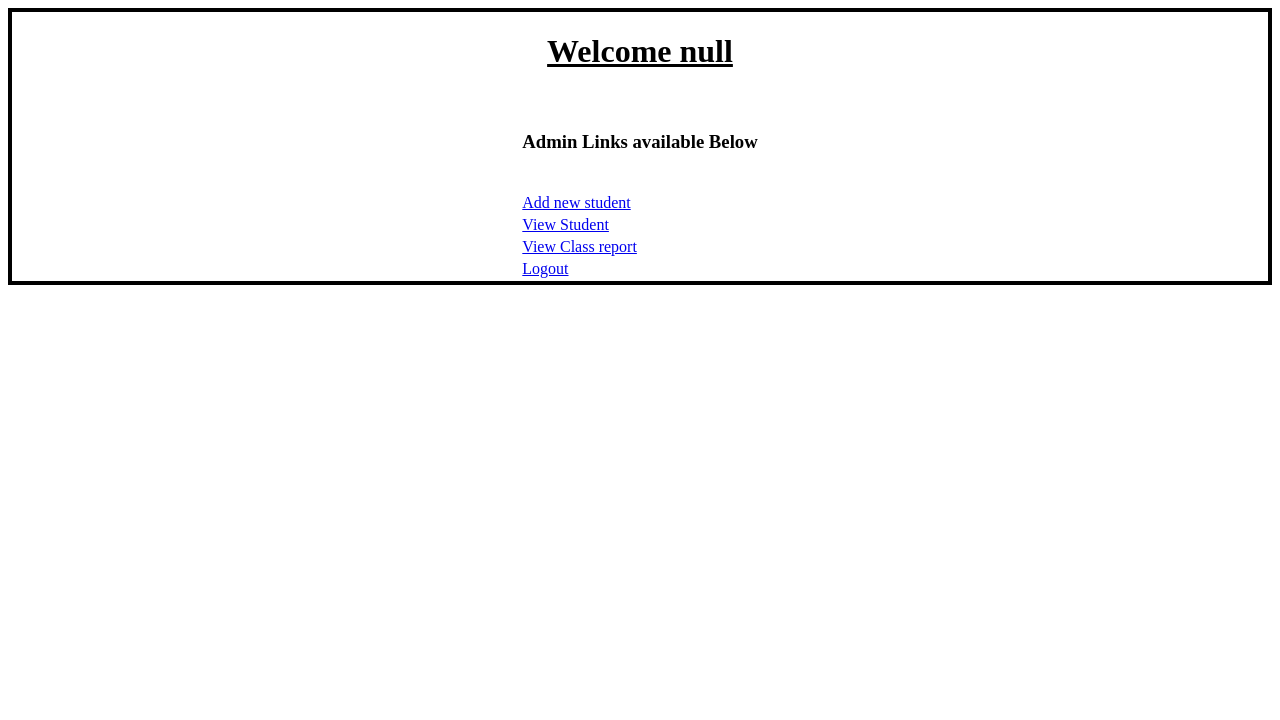
Repository: priyankagit8692/Phase_2_SimpliLearn-
Page: http://localhost/LearnerAcademyProject/MainHomePage.jsp
The author's editor kept a copy of each file at every save. The page is drawn from the files as they stood at one save, then again after the next save.
The browser window is 1280 px wide. The pictures show the whole page.
The page is served by Tomcat 9. Other server files are loaded and not shown.

Above is the page before, as saved 2021-03-20 06:43:51.

### FinalProjectPhase2/LearnerAcademyProject/WebContent/MainHomePage.jsp
<%@ page contentType="text/html;charset=UTF-8" language="java" %>
<html>
<head>
    <title>Home Page</title>
</head>
<body>


<div align="center" style="border: solid 4px black">
    <u><h1>Welcome <%= session.getAttribute("name")%></h1></u>
    <br><br>
    <table>
        <tr>
            <u><td><h3>Admin Links available Below</h3><br></td></u>
        </tr>
        <tr>
            <td><a href="addStudent">Add new student</a></td>
        </tr>
        <tr>
            <td><a href="viewStudent">View Student</a></td>
        </tr>
        <tr>
            <td><a href="classReport">View Class report</a></td>
        </tr>
        <tr>
            <td><a href="logout.jsp">Logout</a></td>
        </tr>
    </table>
</div>
</body>
</html>

After the next save:
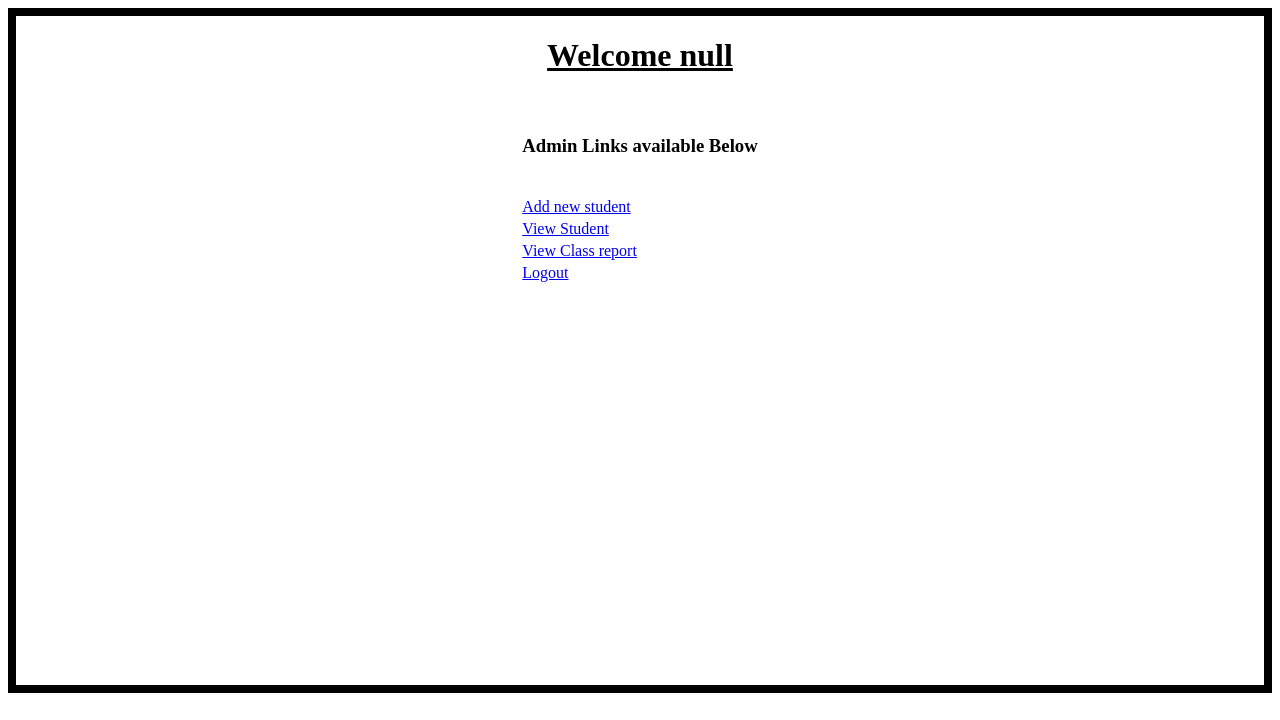
Saved 7 s later.
--- a/FinalProjectPhase2/LearnerAcademyProject/WebContent/MainHomePage.jsp
+++ b/FinalProjectPhase2/LearnerAcademyProject/WebContent/MainHomePage.jsp
@@ -6,7 +6,7 @@
 <body>
 
 
-<div align="center" style="border: solid 4px black">
+<div align='center' style='border: solid 8px black; height: 95%'>
     <u><h1>Welcome <%= session.getAttribute("name")%></h1></u>
     <br><br>
     <table>
